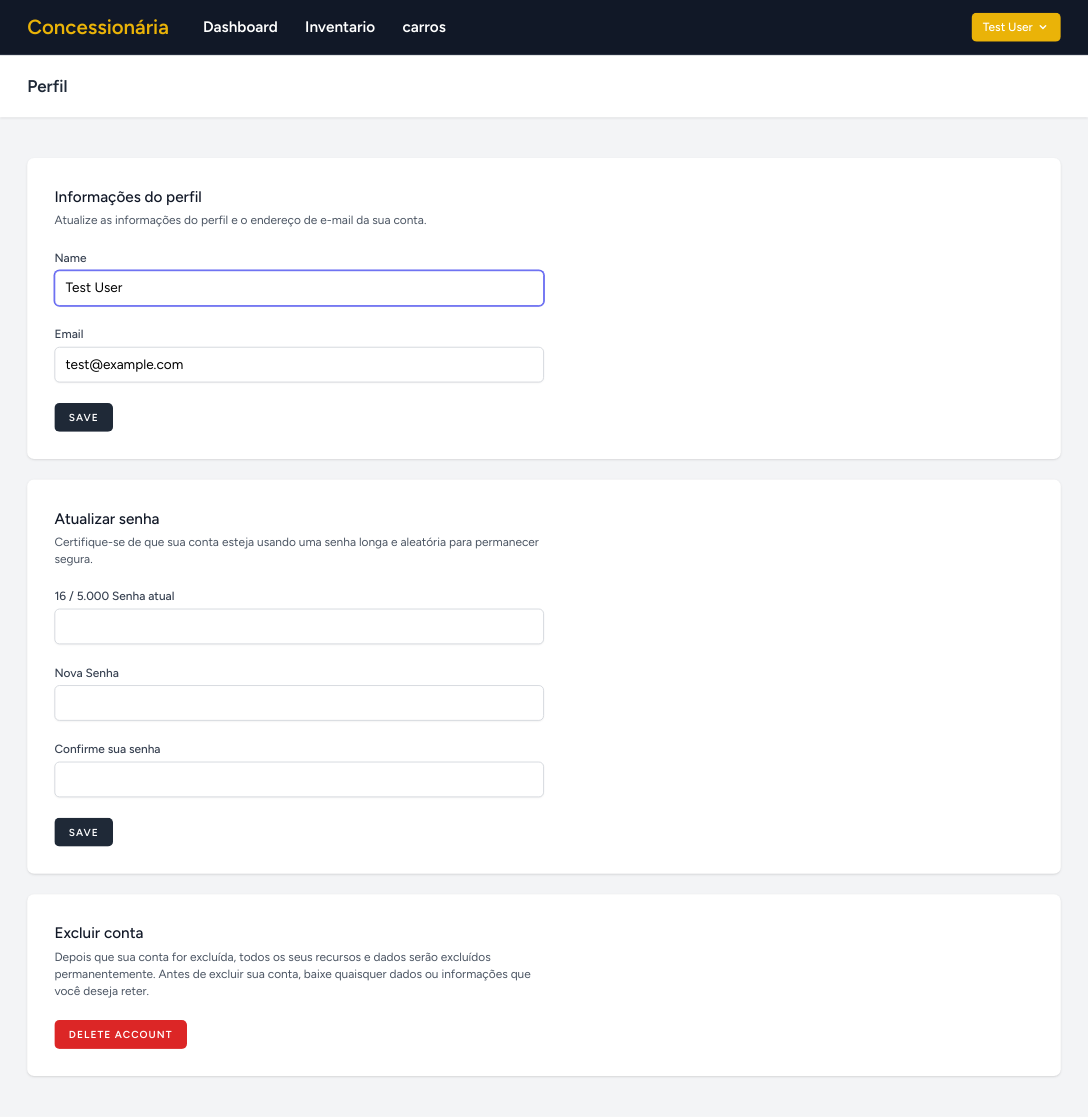
Repository: CarlosEduFF/Projeto-Concession-ria
Page: http://localhost/profile
These files come from the project's save history. The page is drawn as it stood at one moment and after the next save; the edit follows.
The browser window is 1280 px wide. The pictures show the whole page, at 85% of full size.
The page is served by the project's Laravel application, run on PHP 8.4 with Laravel 9. A made-up administrator, Test User (test@example.com), is signed in. Other server files are loaded and not shown. Style sheets and scripts are compiled from the project's sources, by tool versions that may differ from the author's.

Above is the page before, as saved 2024-09-10 19:10:05.

### routes/web.php
<?php

use App\Http\Controllers\ProfileController;
use Illuminate\Support\Facades\Route;
use App\Http\Controllers\CarroController;

Route::get('/', function () {
    return view('welcome');
});

Route::get('/dashboard', function () {
    return view('dashboard');
})->middleware(['auth', 'verified'])->name('dashboard');

Route::middleware('auth')->group(function () {
    Route::get('/profile', [ProfileController::class, 'edit'])->name('profile.edit');
    Route::patch('/profile', [ProfileController::class, 'update'])->name('profile.update');
    Route::delete('/profile', [ProfileController::class, 'destroy'])->name('profile.destroy');
});

Route::post('/createcarro', [CarroController::class, 'create']);
Route::get('/excluir/{id}', [CarroController::class, 'excluir']);
Route::get('/dashboard', [CarroController::class, 'dashboard'])->middleware(['auth', 'verified'])->name('dashboard');
require __DIR__.'/auth.php';


Route::get('/atualizar', function () {
    return view('atualizacao');
});

Route::post("/atualizar/{id}", [CarroController::class, 'atualizar']);
Route::get("/editar/{id}",[CarroController::class, 'editar'])->name('Editar.carro');

### resources/views/profile/partials/update-profile-information-form.blade.php
<section>
    <header>
        <h2 class="text-lg font-medium text-gray-900 dark:text-gray-100">
            {{ __('Informações do perfil') }}
        </h2>

        <p class="mt-1 text-sm text-gray-600 dark:text-gray-400">
            {{ __("Atualize as informações do perfil e o endereço de e-mail da sua conta.") }}
        </p>
    </header>

    <form id="send-verification" method="post" action="{{ route('verification.send') }}">
        @csrf
    </form>

    <form method="post" action="{{ route('profile.update') }}" class="mt-6 space-y-6">
        @csrf
        @method('patch')

        <div>
            <x-input-label for="name" :value="__('Name')" />
            <x-text-input id="name" name="name" type="text" class="mt-1 block w-full" :value="old('name', $user->name)" required autofocus autocomplete="name" />
            <x-input-error class="mt-2" :messages="$errors->get('name')" />
        </div>

        <div>
            <x-input-label for="email" :value="__('Email')" />
            <x-text-input id="email" name="email" type="email" class="mt-1 block w-full" :value="old('email', $user->email)" required autocomplete="username" />
            <x-input-error class="mt-2" :messages="$errors->get('email')" />

            @if ($user instanceof \Illuminate\Contracts\Auth\MustVerifyEmail && ! $user->hasVerifiedEmail())
                <div>
                    <p class="text-sm mt-2 text-gray-800 dark:text-gray-200">
                        {{ __('Seu endereço de e-mail não foi verificado.') }}

                        <button form="send-verification" class="underline text-sm text-gray-600 dark:text-gray-400 hover:text-gray-900 dark:hover:text-gray-100 rounded-md focus:outline-none focus:ring-2 focus:ring-offset-2 focus:ring-indigo-500 dark:focus:ring-offset-gray-800">
                            {{ __('Clique aqui para reenviar o e-mail de verificação.') }}
                        </button>
                    </p>

                    @if (session('status') === 'verification-link-sent')
                        <p class="mt-2 font-medium text-sm text-green-600 dark:text-green-400">
                            {{ __('Um novo link de verificação foi enviado para seu endereço de e-mail.') }}
                        </p>
                    @endif
                </div>
            @endif
        </div>

        <div class="flex items-center gap-4">
            <x-primary-button>{{ __('Save') }}</x-primary-button>

            @if (session('status') === 'profile-updated')
                <p
                    x-data="{ show: true }"
                    x-show="show"
                    x-transition
                    x-init="setTimeout(() => show = false, 2000)"
                    class="text-sm text-gray-600 dark:text-gray-400"
                >{{ __('Salvo') }}</p>
            @endif
        </div>
    </form>
</section>

### resources/views/profile/partials/update-password-form.blade.php
<section>
    <header>
        <h2 class="text-lg font-medium text-gray-900 dark:text-gray-100">
            {{ __('Atualizar senha') }}
        </h2>

        <p class="mt-1 text-sm text-gray-600 dark:text-gray-400">
            {{ __('Certifique-se de que sua conta esteja usando uma senha longa e aleatória para permanecer segura.') }}
        </p>
    </header>

    <form method="post" action="{{ route('password.update') }}" class="mt-6 space-y-6">
        @csrf
        @method('put')

        <div>
            <x-input-label for="current_password" :value="__('
16 / 5.000
Senha atual')" />
            <x-text-input id="current_password" name="current_password" type="password" class="mt-1 block w-full" autocomplete="current-password" />
            <x-input-error :messages="$errors->updatePassword->get('current_password')" class="mt-2" />
        </div>

        <div>
            <x-input-label for="password" :value="__('Nova Senha')" />
            <x-text-input id="password" name="password" type="password" class="mt-1 block w-full" autocomplete="new-password" />
            <x-input-error :messages="$errors->updatePassword->get('password')" class="mt-2" />
        </div>

        <div>
            <x-input-label for="password_confirmation" :value="__('Confirme sua senha')" />
            <x-text-input id="password_confirmation" name="password_confirmation" type="password" class="mt-1 block w-full" autocomplete="new-password" />
            <x-input-error :messages="$errors->updatePassword->get('password_confirmation')" class="mt-2" />
        </div>

        <div class="flex items-center gap-4">
            <x-primary-button>{{ __('Save') }}</x-primary-button>

            @if (session('status') === 'password-updated')
                <p
                    x-data="{ show: true }"
                    x-show="show"
                    x-transition
                    x-init="setTimeout(() => show = false, 2000)"
                    class="text-sm text-gray-600 dark:text-gray-400"
                >{{ __('Salvar') }}</p>
            @endif
        </div>
    </form>
</section>

### resources/views/profile/partials/delete-user-form.blade.php
<section class="space-y-6">
    <header>
        <h2 class="text-lg font-medium text-gray-900 dark:text-gray-100">
            {{ __('Excluir conta') }}
        </h2>

        <p class="mt-1 text-sm text-gray-600 dark:text-gray-400">
            {{ __('Depois que sua conta for excluída, todos os seus recursos e dados serão excluídos permanentemente. Antes de excluir sua conta, baixe quaisquer dados ou informações que você deseja reter.') }}
        </p>
    </header>

    <x-danger-button
        x-data=""
        x-on:click.prevent="$dispatch('open-modal', 'confirm-user-deletion')"
    >{{ __('Delete Account') }}</x-danger-button>

    <x-modal name="confirm-user-deletion" :show="$errors->userDeletion->isNotEmpty()" focusable>
        <form method="post" action="{{ route('profile.destroy') }}" class="p-6">
            @csrf
            @method('delete')

            <h2 class="text-lg font-medium text-gray-900 dark:text-gray-100">
                {{ __('Are you sure you want to delete your account?') }}
            </h2>

            <p class="mt-1 text-sm text-gray-600 dark:text-gray-400">
                {{ __('Once your account is deleted, all of its resources and data will be permanently deleted. Please enter your password to confirm you would like to permanently delete your account.') }}
            </p>

            <div class="mt-6">
                <x-input-label for="password" value="{{ __('Password') }}" class="sr-only" />

                <x-text-input
                    id="password"
                    name="password"
                    type="password"
                    class="mt-1 block w-3/4"
                    placeholder="{{ __('Password') }}"
                />

                <x-input-error :messages="$errors->userDeletion->get('password')" class="mt-2" />
            </div>

            <div class="mt-6 flex justify-end">
                <x-secondary-button x-on:click="$dispatch('close')">
                    {{ __('Cancel') }}
                </x-secondary-button>

                <x-danger-button class="ml-3">
                    {{ __('Delete Account') }}
                </x-danger-button>
            </div>
        </form>
    </x-modal>
</section>

### resources/views/layouts/navigation.blade.php
<nav x-data="{ open: false }" class="bg-gray-900 text-white shadow-lg border-b border-gray-700">
    <!-- Primary Navigation Menu -->
    <div class="max-w-7xl mx-auto px-4 sm:px-6 lg:px-8">
        <div class="flex justify-between h-16">
            <div class="flex">
                <!-- Logo -->
                <div class="shrink-0 flex items-center">
                    <a href="{{ route('dashboard') }}">
                    <a href="#" class="text-2xl font-bold text-yellow-500">Concessionária</a>
                    </a>
                </div>

                <!-- Navigation Links -->
                <div class="hidden space-x-8 sm:-my-px sm:ml-10 items-center sm:flex">
                    <a href="{{ route('dashboard') }}" class="text-lg font-semibold text-white hover:text-yellow-400">
                        {{ __('Dashboard') }}
                    </a>
                    <a  class="text-lg font-semibold text-white hover:text-yellow-400">
                        Inventario
                    </a>
                    <a href="" class="text-lg font-semibold text-white hover:text-yellow-400">
                        carros
                    </a>
                </div>
            </div>

            <!-- Settings Dropdown -->
            <div class="hidden sm:flex sm:items-center sm:ml-6">
                <x-dropdown align="right" width="48">
                    <x-slot name="trigger">
                        <button class="inline-flex items-center px-3 py-2 border border-transparent text-sm leading-4 font-medium rounded-md bg-yellow-500 text-white hover:bg-yellow-600 focus:outline-none transition ease-in-out duration-150">
                            <div>{{ Auth::user()->name }}</div>
                            <div class="ml-1">
                                <svg class="fill-current h-4 w-4" xmlns="http://www.w3.org/2000/svg" viewBox="0 0 20 20">
                                    <path fill-rule="evenodd" d="M5.293 7.293a1 1 0 011.414 0L10 10.586l3.293-3.293a1 1 0 111.414 1.414l-4 4a1 1 0 01-1.414 0l-4-4a1 1 0 010-1.414z" clip-rule="evenodd" />
                                </svg>
                            </div>
                        </button>
                    </x-slot>

                    <x-slot name="content">
                        <x-dropdown-link :href="route('profile.edit')">
                            {{ __('Perfil') }}
                        </x-dropdown-link>

                        <!-- Authentication -->
                        <form method="POST" action="{{ route('logout') }}">
                            @csrf
                            <x-dropdown-link :href="route('logout')"
                                    onclick="event.preventDefault();
                                                this.closest('form').submit();">
                                {{ __('Sair') }}
                            </x-dropdown-link>
                        </form>
                    </x-slot>
                </x-dropdown>
            </div>

            <!-- Hamburger -->
            <div class="-mr-2 flex items-center sm:hidden">
                <button @click="open = ! open" class="inline-flex items-center justify-center p-2 rounded-md text-yellow-500 hover:text-yellow-400 hover:bg-gray-800 focus:outline-none focus:bg-gray-800 focus:text-yellow-400 transition duration-150 ease-in-out">
                    <svg class="h-6 w-6" stroke="currentColor" fill="none" viewBox="0 0 24 24">
                        <path :class="{'hidden': open, 'inline-flex': ! open }" class="inline-flex" stroke-linecap="round" stroke-linejoin="round" stroke-width="2" d="M4 6h16M4 12h16M4 18h16" />
                        <path :class="{'hidden': ! open, 'inline-flex': open }" class="hidden" stroke-linecap="round" stroke-linejoin="round" stroke-width="2" d="M6 18L18 6M6 6l12 12" />
                    </svg>
                </button>
            </div>
        </div>
    </div>

    <!-- Responsive Navigation Menu -->
    <div :class="{'block': open, 'hidden': ! open}" class="hidden sm:hidden">
        <div class="pt-2 pb-3 space-y-1">
            <a href="{{ route('dashboard') }}" class="block text-base font-semibold text-yellow-500 hover:bg-gray-800 hover:text-yellow-400">
                {{ __('Dashboard') }}
            </a>
            <a href="" class="block text-base font-semibold text-yellow-500 hover:bg-gray-800 hover:text-yellow-400">
                Inventario
            </a>
        </div>

        <!-- Responsive Settings Options -->
        <div class="pt-4 pb-1 border-t border-gray-700">
            <div class="px-4">
                <div class="font-medium text-base text-white">{{ Auth::user()->name }}</div>
                <div class="font-medium text-sm text-gray-400">{{ Auth::user()->email }}</div>
            </div>

            <div class="mt-3 space-y-1">
                <a href="{{ route('profile.edit') }}" class="block px-4 py-2 text-base font-semibold text-yellow-500 hover:bg-gray-800 hover:text-yellow-400">
                    {{ __('Perfil') }}
                </a>

                <!-- Authentication -->
                <form method="POST" action="{{ route('logout') }}">
                    @csrf
                    <a href="{{ route('logout') }}"
                       onclick="event.preventDefault(); this.closest('form').submit();"
                       class="block px-4 py-2 text-base font-semibold text-yellow-500 hover:bg-gray-800 hover:text-yellow-400">
                        {{ __('Sair') }}
                    </a>
                </form>
            </div>
        </div>
    </div>
</nav>

Loaded but not shown: routes/auth.php (common file); app/Http/Controllers/Auth/EmailVerificationPromptController.php (common file); app/Http/Controllers/Controller.php (common file); app/Http/Controllers/Auth/VerifyEmailController.php (common file); app/Models/User.php (common file); app/Http/Controllers/ProfileController.php (common file); resources/views/profile/edit.blade.php (common file); app/View/Components/AppLayout.php (common file); resources/views/components/input-label.blade.php (common file); resources/views/components/text-input.blade.php (common file); resources/views/components/input-error.blade.php (common file); resources/views/components/primary-button.blade.php (common file); resources/views/components/danger-button.blade.php (common file); resources/views/components/secondary-button.blade.php (common file); resources/views/components/modal.blade.php (common file); resources/views/layouts/app.blade.php (common file); resources/views/components/dropdown-link.blade.php (common file); resources/views/components/dropdown.blade.php (common file); resources/css/app.css (common file); tailwind.config.js (common file); resources/js/app.js (common file); resources/js/bootstrap.js (common file)

After the next save:
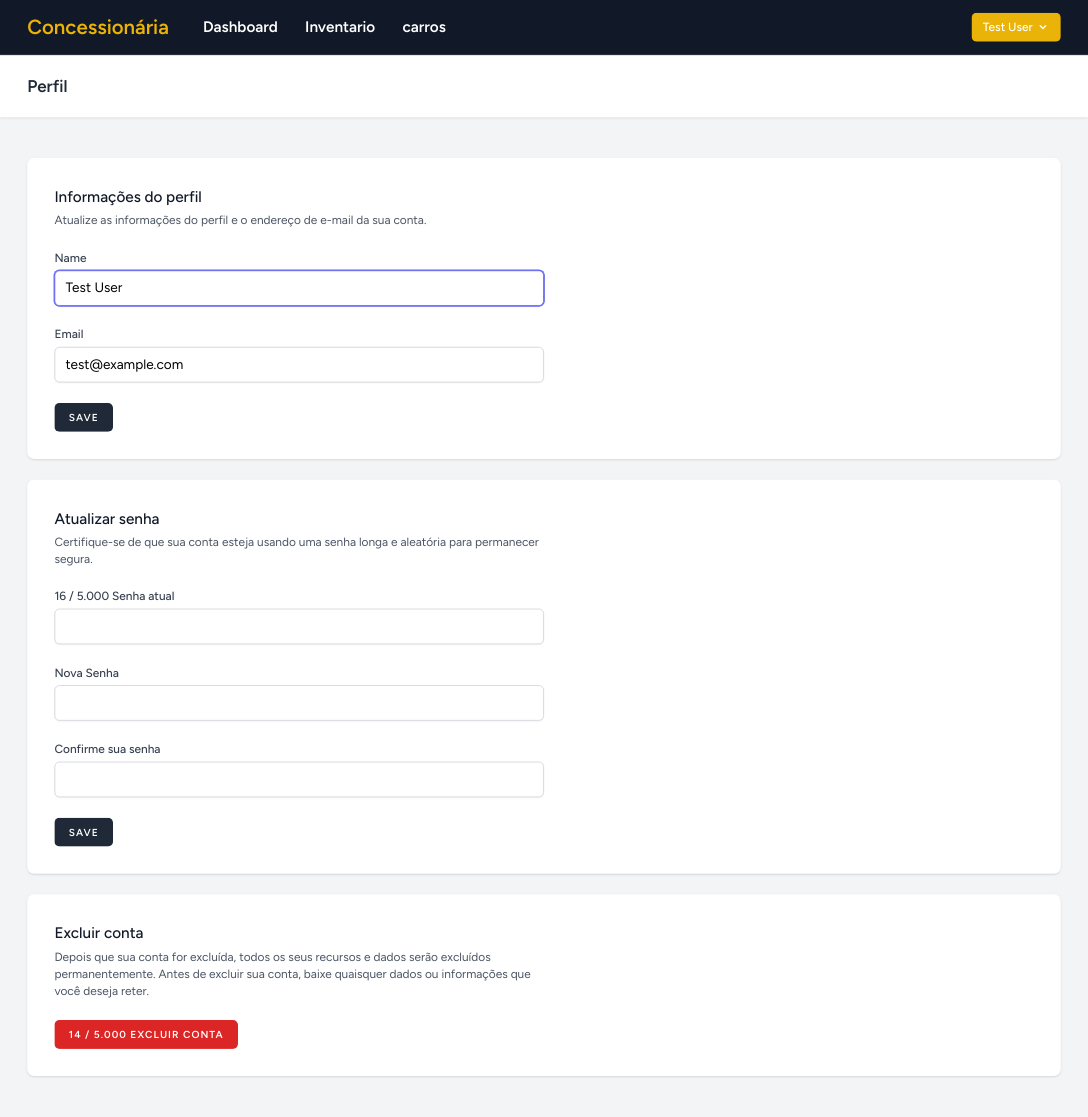
Saved 8 s later.
--- a/resources/views/profile/partials/delete-user-form.blade.php
+++ b/resources/views/profile/partials/delete-user-form.blade.php
@@ -12,7 +12,9 @@
     <x-danger-button
         x-data=""
         x-on:click.prevent="$dispatch('open-modal', 'confirm-user-deletion')"
-    >{{ __('Delete Account') }}</x-danger-button>
+    >{{ __('
+14 / 5.000
+Excluir conta') }}</x-danger-button>
 
     <x-modal name="confirm-user-deletion" :show="$errors->userDeletion->isNotEmpty()" focusable>
         <form method="post" action="{{ route('profile.destroy') }}" class="p-6">

After the save that followed:
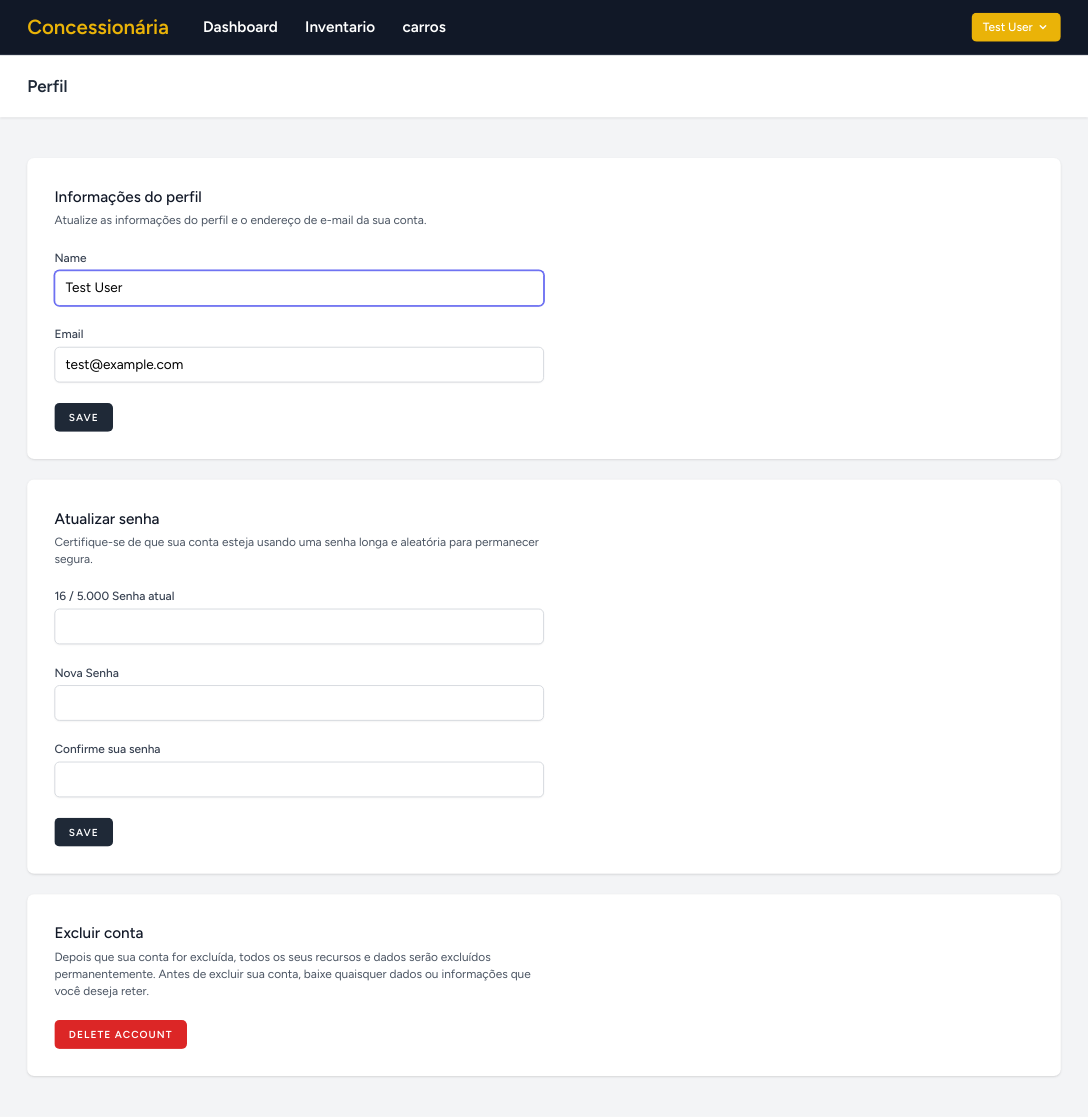
Saved 4 s later.
--- a/resources/views/profile/partials/delete-user-form.blade.php
+++ b/resources/views/profile/partials/delete-user-form.blade.php
@@ -12,9 +12,7 @@
     <x-danger-button
         x-data=""
         x-on:click.prevent="$dispatch('open-modal', 'confirm-user-deletion')"
-    >{{ __('
-14 / 5.000
-Excluir conta') }}</x-danger-button>
+    >{{ __('Delete Account') }}</x-danger-button>
 
     <x-modal name="confirm-user-deletion" :show="$errors->userDeletion->isNotEmpty()" focusable>
         <form method="post" action="{{ route('profile.destroy') }}" class="p-6">
